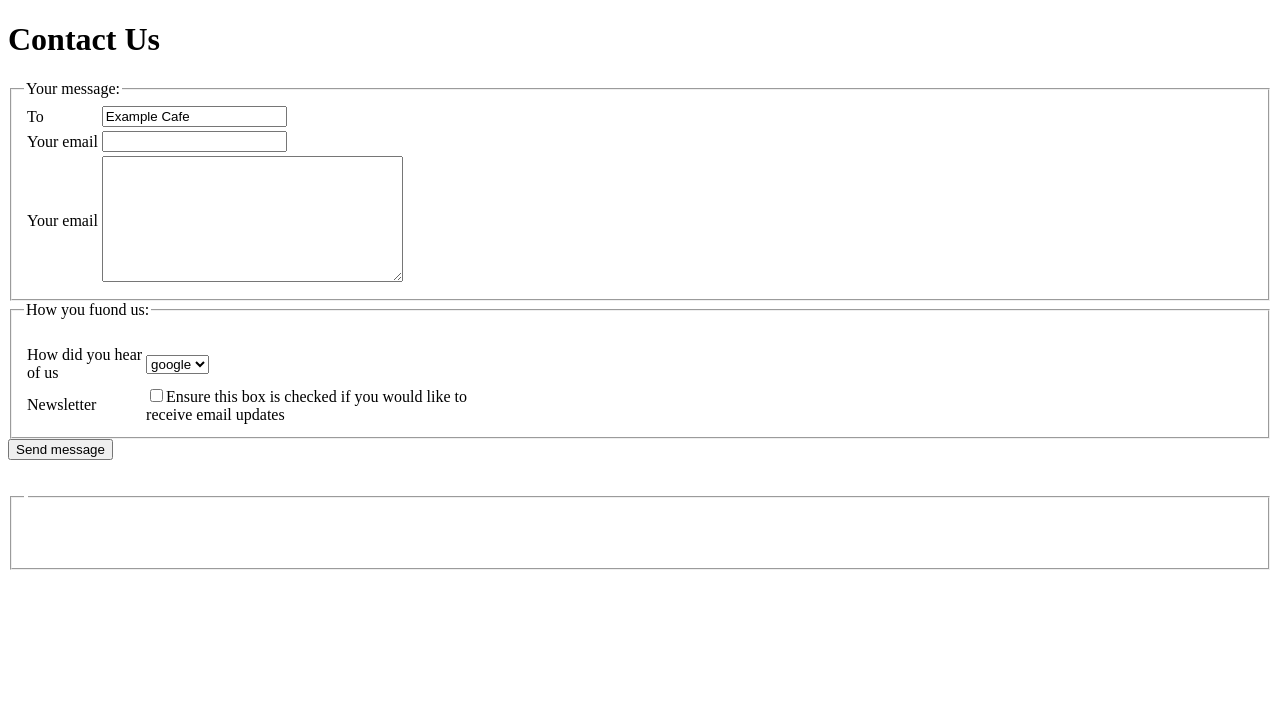
Repository: PhamChiXuan1/HTCNW_tuan3_DHCNTT16C_PhamChiXuan_20030131
Page: bt15.html
The author's editor kept a copy of each file at every save. The page is drawn from the files as they stood at one save, then again after the next save.
The browser window is 1280 px wide. The pictures show the whole page.

Above is the page before, as saved 2022-02-28 12:12:19.

After the next save:
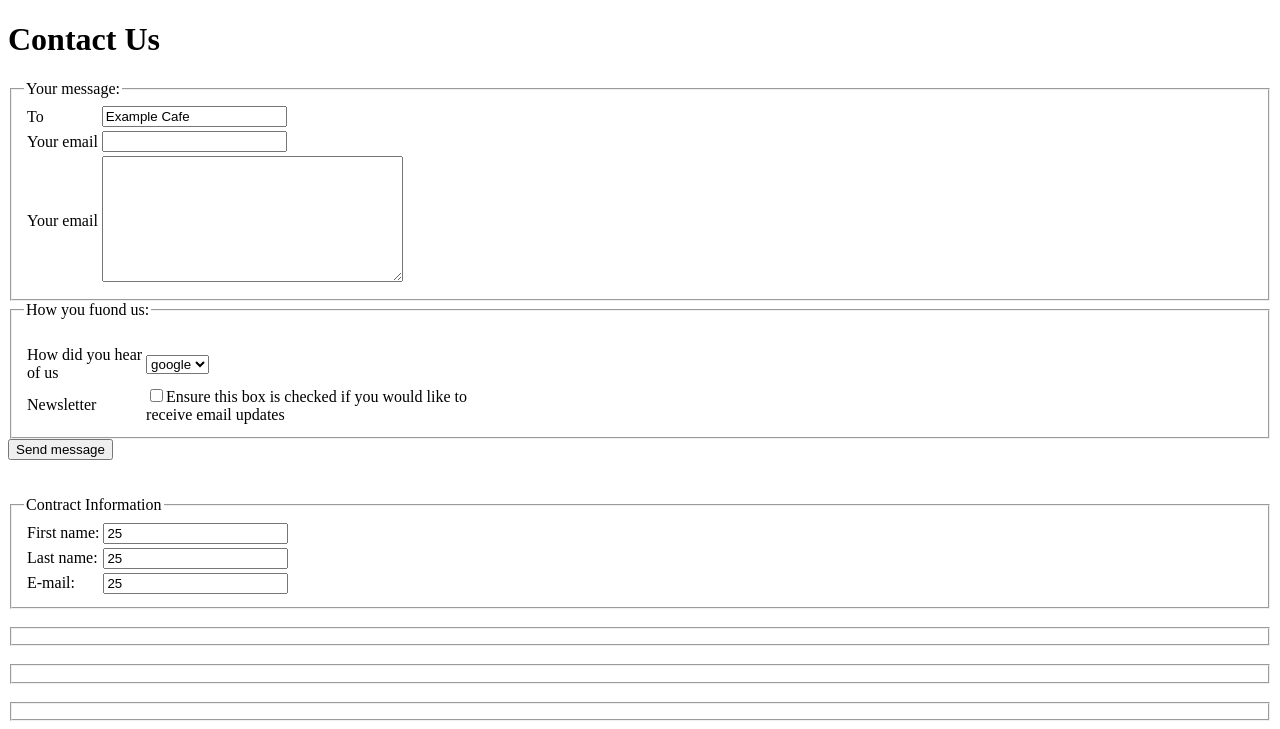
Saved 6 min 5 s later.
--- a/bt15.html
+++ b/bt15.html
@@ -52,21 +52,33 @@
     <br>
     <br>
     <fieldset>
-        <legend>
+        <legend>Contract Information</legend>
+        <table>
+            <tr>
+                <td>First name:</td>
+                <td><input type="text" value="25"></td>
+            </tr>
+            <tr>
+                <td>Last name:</td>
+                <td><input type="text" value="25"></td>
+            </tr>
+            <tr>
+                <td>E-mail:</td>
+                <td><input type="text" value="25"></td>
+            </tr>
+        </table>
+    </fieldset>
+    <br>
+    <fieldset>
 
-        </legend>
-        <br>
-        <legend>
+    </fieldset>
+    <br>
+    <fieldset>
 
-        </legend>
-        <br>
-        <legend>
+    </fieldset>
+    <br>
+    <fieldset>
 
-        </legend>
-        <br>
-        <legend>
-
-        </legend>
     </fieldset>
 </body>
 </html>
